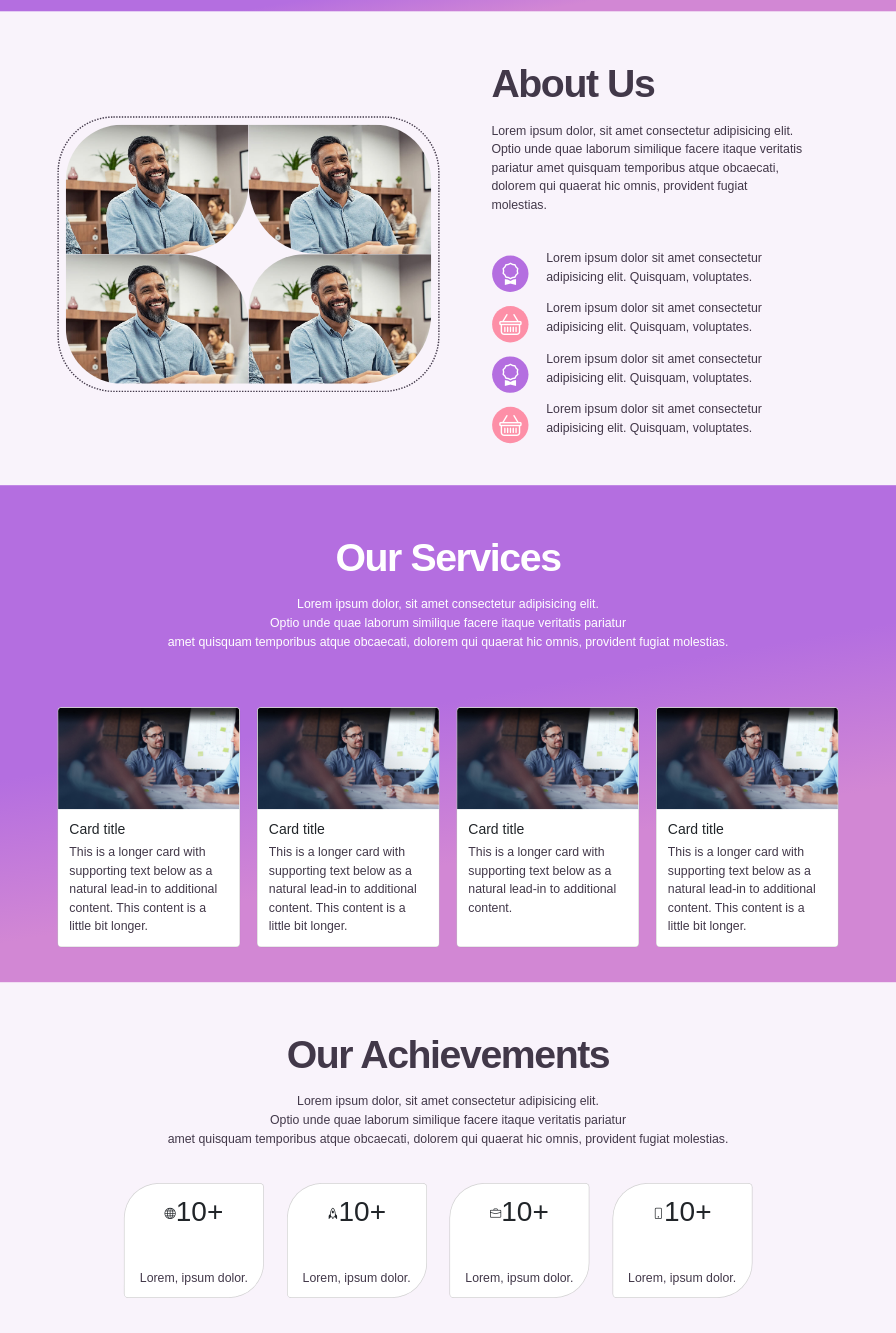
Repository: tagnam/project27012025
Page: index.html
The author's editor kept a copy of each file at every save. The page is drawn from the files as they stood at one save, then again after a run of saves.
The browser window is 1280 px wide. The pictures show the part of the page from y = 723 to 2643 px (the page is 2627 px tall before and 2643 px after), at 70% of full size.

Above is the page before, as saved 2025-01-28 12:21:48.

### index.html
<!DOCTYPE html>
<html lang="en">
    <head>
        <meta charset="UTF-8" />
        <meta name="viewport" content="width=device-width, initial-scale=1.0" />
        <link href="https://cdn.jsdelivr.net/npm/bootstrap@5.3.3/dist/css/bootstrap.min.css" rel="stylesheet" integrity="sha384-QWTKZyjpPEjISv5WaRU9OFeRpok6YctnYmDr5pNlyT2bRjXh0JMhjY6hW+ALEwIH" crossorigin="anonymous" />
        <link rel="stylesheet" href="style/css/index.css" />
        <link rel="stylesheet" href="style/css/animation.css" />
        <link rel="stylesheet" href="style/css/responsive.css" />
        <title>project27012025</title>
    </head>
    <body>
        <header>
            <!-- --------------------------------------------start nav bar ------------------------------->
            <nav class="navbar navbar-expand-lg custom-nav">
                <div class="container">
                    <div class="collapse navbar-collapse justify-content-between" id="navbarSupportedContent">
                        <a class="navbar-brand" href="#">Navbar</a>
                        <ul class="navbar-nav">
                            <li class="nav-item">
                                <a class="nav-link" href="#"><i class="bi bi-facebook"></i></a>
                            </li>
                            <li class="nav-item">
                                <a class="nav-link" href="#"><i class="bi bi-instagram"></i></a>
                            </li>
                            <li class="nav-item">
                                <a class="nav-link" href="#"><i class="bi bi-twitter"></i></a>
                            </li>
                        </ul>
                        <div class="d-flex">
                            <div class="menu-container" type="button" data-bs-toggle="offcanvas" data-bs-target="#offcanvasExample" aria-controls="offcanvasExample">
                                <span class="span-menu-01 menu-icon"></span>
                                <span class="span-menu-02 menu-icon"></span>
                                <span class="span-menu-03 menu-icon"></span>
                            </div>
                        </div>
                    </div>
                </div>
            </nav>

            <!-- ------------------------------start offcanvas ---------------------------------------->
            <div class="offcanvas offcanvas-start" tabindex="-1" id="offcanvasExample" aria-labelledby="offcanvasExampleLabel">
                <div class="offcanvas-header">
                    <h5 class="offcanvas-title" id="offcanvasExampleLabel">Offcanvas</h5>
                    <button type="button" class="btn-close text-reset" data-bs-dismiss="offcanvas" aria-label="Close"></button>
                </div>
                <div class="offcanvas-body">
                    <div>
                        Some text as placeholder. In real life you can have the elements you have chosen. Like, text, images, lists, etc.
                    </div>
                    <div class="dropdown mt-3">
                        <button class="btn btn-secondary dropdown-toggle" type="button" id="dropdownMenuButton" data-bs-toggle="dropdown">
                            Dropdown button
                        </button>
                        <ul class="dropdown-menu" aria-labelledby="dropdownMenuButton">
                            <li><a class="dropdown-item" href="#">Action</a></li>
                            <li><a class="dropdown-item" href="#">Another action</a></li>
                            <li><a class="dropdown-item" href="#">Something else here</a></li>
                        </ul>
                    </div>
                </div>
            </div>
            <!-- -----------------------------end offcanvas ------------------------------------------->
            <!------------------------------------------------ end navbar ----------------------------->
        </header>
        <section class="hero-section">
            <div class="container" style="height: 100%;">
                <div class="row">
                    <div class="col-lg-6 col-md-6 col-sm-12">
                        <div class="banner-content">
                            <h1>Lorem ipsum dolor dolor sit amet, consectetur</h1>
                            <p>
                                Lorem ipsum dolor sit amet, consectetur adipisicing elit. Doloribus in culpa ipsa, amet ad<br />
                                eveniet. Fugiat architecto atque consequuntur repellendus!
                            </p>
                            <button class="btn btn-primary">Get Started</button>
                        </div>
                    </div>
                    <div class="col-lg-6 col-md-6 col-sm-12">
                        <div class="banner-img d-flex justify-content-end">
                            <img src="image/hero-banner-01.webp" class="w-100" alt="" />
                        </div>
                    </div>
                </div>

            </div>
        </section>
        <section class="client-section">
            <div class="container-fluid">
                <div class="row row-cols-3 row-cols-md-6 g-4">
                    <div class="col client-logo">
                        <a class="navbar-brand w-25" href="#">Navbar</a>
                    </div>
                    <div class="col client-logo">
                        <a class="navbar-brand w-25" href="#">Navbar</a>
                    </div>
                    <div class="col client-logo">
                        <a class="navbar-brand w-25" href="#">Navbar</a>
                    </div>
                    <div class="col client-logo">
                        <a class="navbar-brand w-25" href="#">Navbar</a>
                    </div>
                    <div class="col client-logo">
                        <a class="navbar-brand w-25" href="#">Navbar</a>
                    </div>
                    <div class="col client-logo">
                        <a class="navbar-brand w-25" href="#">Navbar</a>
                    </div>
                </div>
            </div>
        </section>

        <section>
            <div class="container">
                <div class="row">
                    <div class="col-lg-6 col-md-6 col-sm-12">
                        <div class="about-row row row-cols-1 row-cols-md-2 g-0">
                            <div class="col">
                                <div class="img">
                                    <img src="image/elearning-08.jpg" class="about-row-img-01 w-100" alt="" />
                                </div>
                            </div>
                            <div class="col">
                                <div class="img">
                                    <img src="image/elearning-08.jpg" class="about-row-img-02 w-100" alt="" />
                                </div>
                            </div>
                            <div class="col">
                                <div class="img">
                                    <img src="image/elearning-08.jpg" class="about-row-img-03 w-100" alt="" />
                                </div>
                            </div>
                            <div class="col">
                                <div class="img">
                                    <img src="image/elearning-08.jpg" class="about-row-img-04 w-100" alt="" />
                                </div>
                            </div>
                        </div>
                    </div>
                    <div class="col-lg-6 col-md-6 col-sm-12">
                        <div class="about-content">
                            <div class="main-heading">
                                <h2>About Us</h2>
                                <p>
                                    Lorem ipsum dolor, sit amet consectetur adipisicing elit. Optio unde quae laborum similique facere itaque veritatis pariatur amet quisquam temporibus atque obcaecati, dolorem qui quaerat hic omnis,
                                    provident fugiat molestias.
                                </p>
                            </div>
                            <div class="about-list">
                                <div class="row">
                                    <div class="col-md-2">
                                        <div class="about-icon">
                                            <i class="bi bi-award"></i>
                                        </div>
                                    </div>
                                    <div class="col-md-10">
                                        <div class="about-text">
                                            <p>Lorem ipsum dolor sit amet consectetur adipisicing elit. Quisquam, voluptates.</p>
                                        </div>
                                    </div>
                                </div>
                                <div class="row">
                                    <div class="col-md-2">
                                        <div class="about-icon">
                                            <i class="bi bi-basket"></i>
                                        </div>
                                    </div>
                                    <div class="col-md-10">
                                        <div class="about-text">
                                            <p>Lorem ipsum dolor sit amet consectetur adipisicing elit. Quisquam, voluptates.</p>
                                        </div>
                                    </div>
                                </div>
                                <div class="row">
                                    <div class="col-md-2">
                                        <div class="about-icon">
                                            <i class="bi bi-award"></i>
                                        </div>
                                    </div>
                                    <div class="col-md-10">
                                        <div class="about-text">
                                            <p>Lorem ipsum dolor sit amet consectetur adipisicing elit. Quisquam, voluptates.</p>
                                        </div>
                                    </div>
                                </div>
                                <div class="row">
                                    <div class="col-md-2">
                                        <div class="about-icon">
                                            <i class="bi bi-basket"></i>
                                        </div>
                                    </div>
                                    <div class="col-md-10">
                                        <div class="about-text">
                                            <p>Lorem ipsum dolor sit amet consectetur adipisicing elit. Quisquam, voluptates.</p>
                                        </div>
                                    </div>
                                </div>
                            </div>
                        </div>
                    </div>
                </div>
            </div>
        </section>
        <section class="service-section">
                <div class="container">
                    <div class="main-heading-white">
                        <h2>Our Services</h2>
                        <p>
                            Lorem ipsum dolor, sit amet consectetur adipisicing elit.<br> Optio unde quae laborum similique facere itaque veritatis pariatur <br>amet quisquam temporibus atque obcaecati, dolorem qui quaerat hic omnis,
                            provident fugiat molestias.
                        </p>
                    </div>
                    <div class="row row-cols-1 row-cols-md-4 g-4">
                        <div class="col">
                          <div class="card h-100">
                            <img src="image/business-banner.jpg" class="card-img-top" alt="...">
                            <div class="card-body">
                              <h5 class="card-title">Card title</h5>
                              <p class="card-text">This is a longer card with supporting text below as a natural lead-in to additional content. This content is a little bit longer.</p>
                            </div>
                          </div>
                        </div>
                        <div class="col">
                          <div class="card h-100">
                            <img src="image/business-banner.jpg" class="card-img-top" alt="...">
                            <div class="card-body">
                              <h5 class="card-title">Card title</h5>
                              <p class="card-text">This is a longer card with supporting text below as a natural lead-in to additional content. This content is a little bit longer.</p>
                            </div>
                          </div>
                        </div>
                        <div class="col">
                          <div class="card h-100">
                            <img src="image/business-banner.jpg" class="card-img-top" alt="...">
                            <div class="card-body">
                              <h5 class="card-title">Card title</h5>
                              <p class="card-text">This is a longer card with supporting text below as a natural lead-in to additional content.</p>
                            </div>
                          </div>
                        </div>
                        <div class="col">
                          <div class="card h-100">
                            <img src="image/business-banner.jpg" class="card-img-top" alt="...">
                            <div class="card-body">
                              <h5 class="card-title">Card title</h5>
                              <p class="card-text">This is a longer card with supporting text below as a natural lead-in to additional content. This content is a little bit longer.</p>
                            </div>
                          </div>
                        </div>
                      </div>
                </div>
        </section>
        <section class="counter-section" style="padding: 50px 0px;">
            <div class="container">
                <div class="main-heading" style="margin-bottom: 50px; text-align: center;">
                    <h2>Our Achievements</h2>
                    <p>
                        Lorem ipsum dolor, sit amet consectetur adipisicing elit.<br> Optio unde quae laborum similique facere itaque veritatis pariatur <br>amet quisquam temporibus atque obcaecati, dolorem qui quaerat hic omnis,
                        provident fugiat molestias.
                    </p>
                </div>
                <div class="row justify-content-center">
                    <div class="col-lg-10 ">
                        <div class="row  g-1">
                            <div class="col">
                                <div class="card counter-card" >
                                    <div class="counter">
                                        <div class="counter-icon">
                                            <i class="bi bi-globe"></i>
                                        </div>
                                        <h1 class="counter-title">10+</h1>
                                        <p class="counter-text">Lorem, ipsum dolor.</p>
                                    </div>
                                </div>
                            </div>
                            <div class="col">
                                <div class="card counter-card" >
                                    <div class="counter">
                                        <div class="counter-icon">
                                            <i class="bi bi-rocket"></i>
                                        </div>
                                        <h1 class="counter-title">10+</h1>
                                        <p class="counter-text">Lorem, ipsum dolor.</p>
                                    </div>
                                </div>
                            </div>
                            <div class="col">
                                <div class="card counter-card" >
                                    <div class="counter">
                                        <div class="counter-icon">
                                            <i class="bi bi-briefcase"></i>
                                        </div>
                                        <h1 class="counter-title">10+</h1>
                                        <p class="counter-text">Lorem, ipsum dolor.</p>
                                    </div>
                                </div>
                            </div>
                            <div class="col">
                                <div class="card counter-card" >
                                    <div class="counter">
                                            <i class="bi bi-phone"></i>

                                        <h1 class="counter-title">10+</h1>
                                        <p class="counter-text">Lorem, ipsum dolor.</p>
                                    </div>
                                </div>
                            </div>
                        </div>
                    </div>
                </div>

            </div>
        </section>
        <script src="https://cdn.jsdelivr.net/npm/bootstrap@5.3.3/dist/js/bootstrap.bundle.min.js" integrity="sha384-YvpcrYf0tY3lHB60NNkmXc5s9fDVZLESaAA55NDzOxhy9GkcIdslK1eN7N6jIeHz" crossorigin="anonymous"></script>
        <script src="style/js/custom.js"></script>
    </body>
</html>

### style/css/index.css
@import url("https://cdn.jsdelivr.net/npm/bootstrap-icons@1.11.3/font/bootstrap-icons.min.css");

*{
 margin: 0;
padding: 0;
box-sizing: border-box;
}

:root{
    --dark-color:#423849;
    --semi-dark-color:#b46ee0;
    --light-color:#fd8fa7;
    --white-color:#fff;
    --main-heading-font-size: 3.5rem;
    --subheading-font-size: 2rem;
    --paragraph-font-size: 1.1rem;
    --body-background-color: #f9f3fb;
}

p{
    margin: 0;
    font-size: var(--paragraph-font-size);
    color: var(--dark-color);
    line-height: 1.5;


}

body{
    font-family: 'Poppins', sans-serif;
    background-color: var(--body-background-color);

}

/* header{
    position: fixed;
    top: 0;
    z-index: 1000;
width: 100%;
} */

.navbar-brand{
    font-size: 1.5rem;
    font-weight: 800;
    color: var(--dark-color);
}

.menu-icon{
    display: block;
    width: 40px;
    height: 6px;
    background-color: var(--dark-color);
    margin: 3px auto;
    border-radius: 20px;
    cursor: pointer;
}


.nav-link .bi{
    font-size: 1.5rem;
    color: var(--dark-color);
}

.banner-content{
    margin: 100px auto;
    padding-right: 100px;
}

.banner-content h1{
    color: var(--dark-color);
    font-weight: 800;
    /* font-size: 55px; */
    font-size: var(--main-heading-font-size);
    letter-spacing: -2px;
    margin: 50px 0px;
}
/* .hero-section{
   background-image: url(/image/business-banner.jpg);
    background-size: cover;
    background-position: center;
    height: 100vh;
} */

.banner-footer-text p{
    color: var(--dark-color);

}


.client-section{
    background: linear-gradient(-190deg, rgba(180,110,224,1) 45%, rgba(210,135,212,1) 70%);
    padding: 20px 0px;
    overflow: hidden;
}

.client-logo{
    display: flex;
    justify-content: center;
    align-items: center;
    flex-wrap: wrap;
    color: var(--white-color);
}
.about-row {
    border: 2px dotted var(--dark-color);
    padding: 10px;
    border-radius: 80px;
    margin-top: 150px;
}

.about-row-img-01{
    border-top-left-radius: 80px;
    border-bottom-right-radius: 100px;
}


.about-row-img-02{
    border-top-right-radius: 80px;
    border-bottom-left-radius: 100px;
}

.about-row-img-03{
    border-bottom-left-radius: 80px;
    border-top-right-radius: 100px;
}

.about-row-img-04{
    border-top-left-radius: 80px;
    border-bottom-right-radius: 100px;
}


.about-content{
    padding: 50px;
}

.main-heading h2{
    color: var(--dark-color);
    font-weight: 800;
    /* font-size: 55px; */
    font-size: var(--main-heading-font-size);
    letter-spacing: -2px;
    margin: 20px 0px;
}

.about-list{
    margin-top: 50px;
}

.about-icon{
    display: flex;
    justify-content: center;
    align-items: center;
}

.about-icon .bi{
    font-size: 2rem;
    color: var(--white-color);
    display: flex;
}

.about-icon .bi-award{
    background-color: var(--semi-dark-color);
    padding: 10px;
    margin: 10px;
    border-radius: 55px;

}

.about-icon .bi-basket{
    background-color: var(--light-color);
    padding: 10px;
    margin: 10px;
    border-radius: 55px;

}

.service-section{
    background: linear-gradient(-190deg, rgba(180,110,224,1) 45%, rgba(210,135,212,1) 70%);
    padding: 50px 0px;
}
.main-heading-white{
    margin-bottom: 80px;
}

.main-heading-white h2{
    color: var(--white-color);
    font-weight: 800;
    /* font-size: 55px; */
    font-size: var(--main-heading-font-size);
    letter-spacing: -2px;
    margin: 20px 0px;
    text-align: center ;

}

.main-heading-white p{
    color: var(--white-color);
    font-size: var(--paragraph-font-size);
    text-align: center;
}

.counter-card{
    width: 200px;
    /* height: 200px; */
    display: flex;
    justify-content: center;
    align-items: center;
    padding: 15px;
    border-top-left-radius: 50px;
    border-bottom-right-radius: 50px;
}

.counter{
    display: flex;
    justify-content: center;
    align-items: center;
    flex-wrap: wrap;
}


.counter-text{
    margin-top: 50px;

}

Loaded but not shown: style/js/custom.js (no copy from this time; the picture is the same without it); style/css/animation.css (no stored copy; drawn as an empty file); style/css/responsive.css (no stored copy; drawn as an empty file)

After the next 5 saves:
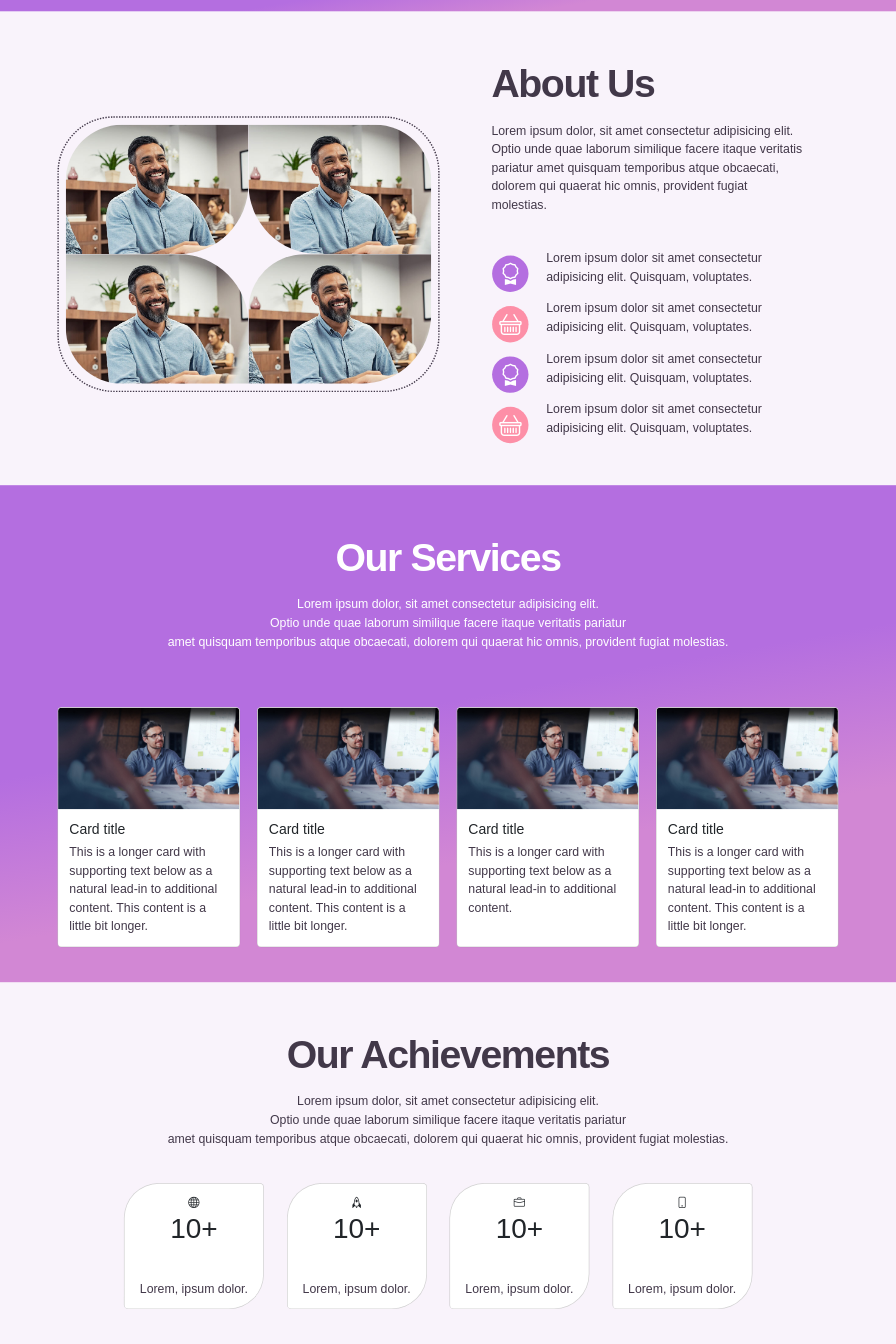
The 5 saves are shown as one change because they came seconds apart.
The last was saved 13 s later.
--- a/style/css/index.css
+++ b/style/css/index.css
@@ -211,10 +211,8 @@ width: 100%;
 }
 
 .counter{
-    display: flex;
-    justify-content: center;
-    align-items: center;
-    flex-wrap: wrap;
+  text-align: center;
+
 }
 
 
